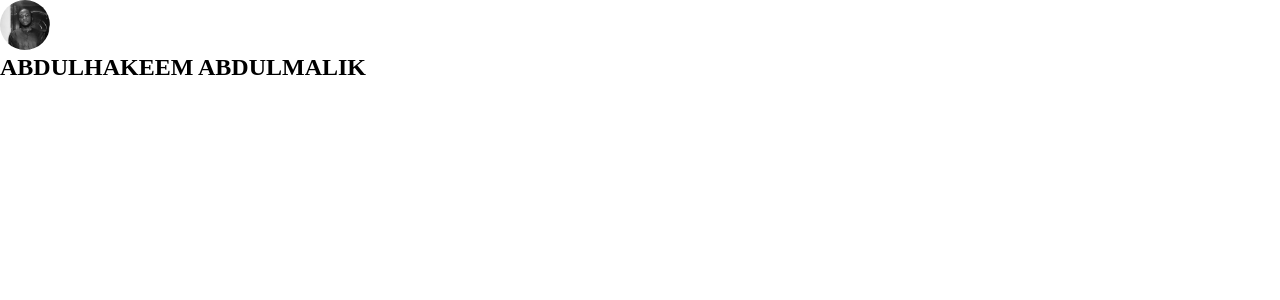
Repository: malikhakeem/HNG-TASK
Page: HNG-TASK1.html
An editor plug-in stored every save of this project. The page is shown before and after the next save, followed by the edit.
The browser window is 1280 px wide. The pictures show the whole page.

Above is the page before, as saved 2023-09-08 21:07:00.

### HNG-TASK1.html
<!DOCTYPE html>
<html lang="en">
<head>
    <meta charset="UTF-8">
    <meta name="viewport" content="width=device-width, initial-scale=1.0">
    <link rel="stylesheet" href="./HNG-TASK!.css">
    <title>HNG</title>
</head>
<body>
    <div class="nav">
        <div class="nav-left"><img data-testId="slackDisplayImage" class="profile-pic"src="./pic/kim.jpg" alt="Malik" /></div>
        <div class="nav-mid">

            <div class="slack-name"><h2>ABDULHAKEEM ABDULMALIK</h2></div>

        </div>
        <div  data-testId="slackUserName" class="nav-right"></div>

    </div>
</body>
</html>

### HNG-TASK!.css
*{
    padding:0px;
    margin:0px;

}

.profile-pic{
    width:50px;
    height:50px;
    border-radius: 50%;
}

After the next save:
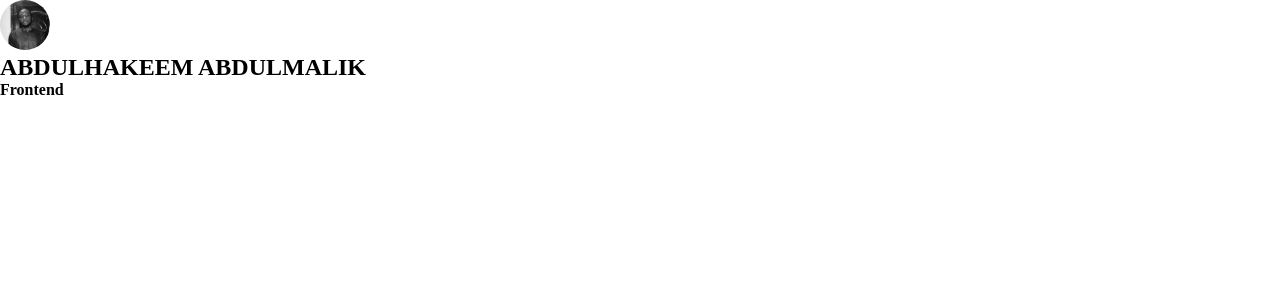
Saved 68 s later.
--- a/HNG-TASK1.html
+++ b/HNG-TASK1.html
@@ -12,7 +12,7 @@
         <div class="nav-mid">
 
             <div class="slack-name"><h2>ABDULHAKEEM ABDULMALIK</h2></div>
-
+            <div class="track"><h4>Frontend</h4></div>
         </div>
         <div  data-testId="slackUserName" class="nav-right"></div>
 
